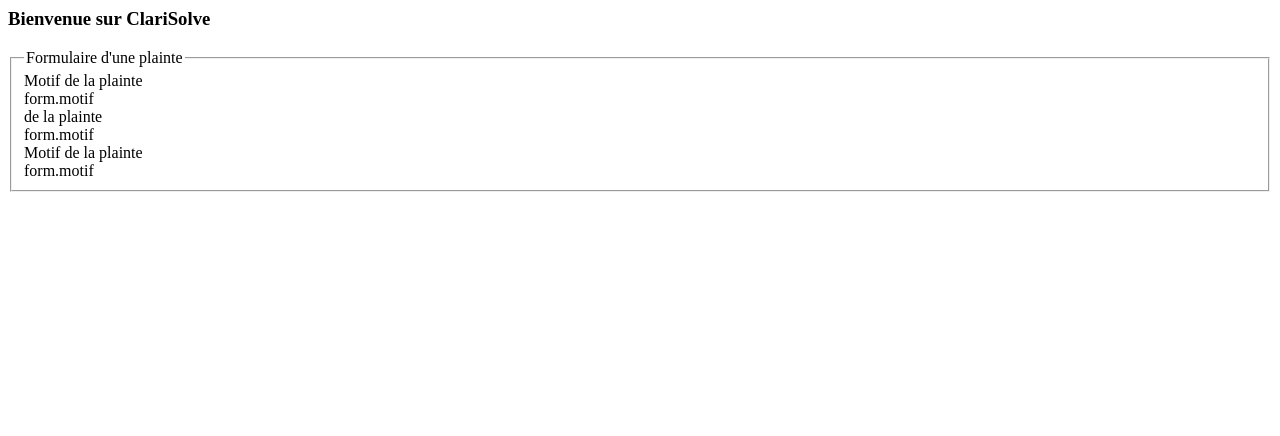
Repository: Senare1/PlaintEasy
Page: complaints/templates/complaints/register.html
These files come from the project's save history. The page is drawn as it stood at one moment and after the next save; the edit follows.
The browser window is 1280 px wide. The pictures show the whole page.
The template is drawn by Django 4.2. The application's start-up code is not run. Other server files are loaded and not shown. The template is opened directly, without the code that normally fills it, so the values that code supplies are empty.

Above is the page before, as saved 2024-08-01 14:05:20.

### complaints/templates/complaints/register.html
<div class="container-fluid py-4">
    <div class="row text-center">
        <h3 class="text-center py-3">Bienvenue sur ClariSolve</h3>
    </div>
    <fieldset class="mx-auto">
        <legend class="text-center">Formulaire d'une plainte</legend>
        <div class="row py-2">
            <div class="col">
                <label for="id_motif">Motif de la plainte</label>
            </div>
            <div class="col">
                form.motif
            </div>
        </div>

        <div class="row py-2">
            <div class="col">
                <label for="id_motif"> de la plainte</label>
            </div>
            <div class="col">
                form.motif
            </div>
        </div>

        <div class="row py-2">
            <div class="col">
                <label for="id_motif">Motif de la plainte</label>
            </div>
            <div class="col">
                form.motif
            </div>
        </div>
    </fieldset>
</div>

After the next save:
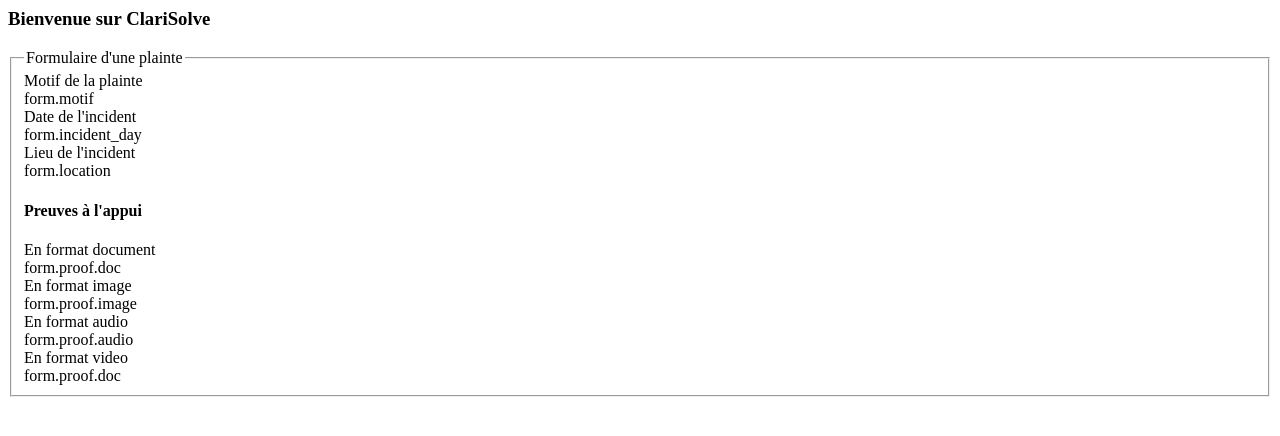
Saved 8 min 57 s later.
--- a/complaints/templates/complaints/register.html
+++ b/complaints/templates/complaints/register.html
@@ -15,19 +15,52 @@
 
         <div class="row py-2">
             <div class="col">
-                <label for="id_motif"> de la plainte</label>
+                <label for="id_motif">Date de l'incident</label>
             </div>
             <div class="col">
-                form.motif
+                form.incident_day
             </div>
         </div>
 
         <div class="row py-2">
             <div class="col">
-                <label for="id_motif">Motif de la plainte</label>
+                <label for="id_motif">Lieu de l'incident</label>
             </div>
             <div class="col">
-                form.motif
+                form.location
+            </div>
+        </div>
+
+        <div class="row py-2">
+            <h4 class="text-center">Preuves à l'appui</h4>
+            <div class="row py-2">
+                <div class="col">
+                    <label for="id_motif">En format document</label>
+                </div>
+                <div class="col">
+                    form.proof.doc
+                </div>
+                <div class="col">
+                    <label for="id_motif">En format image</label>
+                </div>
+                <div class="col">
+                    form.proof.image
+                </div>
+
+                <div class="col">
+                    <label for="id_motif">En format audio</label>
+                </div>
+                <div class="col">
+                    form.proof.audio
+                </div>
+
+                <div class="col">
+                    <label for="id_motif">En format video</label>
+                </div>
+                <div class="col">
+                    form.proof.doc
+                </div>
+
             </div>
         </div>
     </fieldset>
